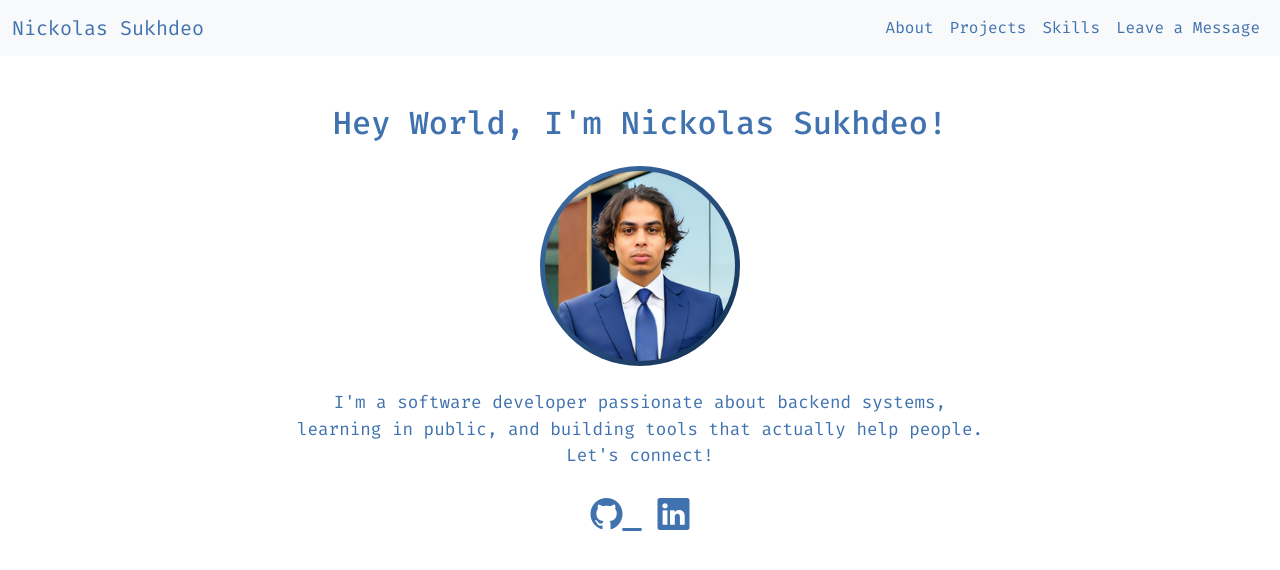
Repository: nlsukhde/porfolio
Page: index.html
An editor plug-in stored every save of this project. The page is shown before and after the next save, followed by the edit.
The browser window is 1280 px wide. The pictures show the whole page.

Above is the page before, as saved 2025-06-19 18:03:06.

### index.html
<!DOCTYPE html>
<html lang="en">
<head>
    <meta charset="UTF-8">
    <meta name="viewport" content="width=device-width, initial-scale=1.0">

    <!-- Google Fonts -->
    <link rel="preconnect" href="https://fonts.googleapis.com">
    <link rel="preconnect" href="https://fonts.gstatic.com" crossorigin>
    <link href="https://fonts.googleapis.com/css2?family=Fira+Code:wght@300..700&family=Raleway:ital,wght@0,100..900;1,100..900&family=Roboto+Condensed:ital,wght@0,100..900;1,100..900&display=swap" rel="stylesheet">

    <!-- Your CSS (must come after fonts) -->
    <link rel="stylesheet" href="app.css">

    <!-- Bootstrap CSS -->
    <link href="https://cdn.jsdelivr.net/npm/bootstrap@5.3.7/dist/css/bootstrap.min.css" rel="stylesheet" integrity="sha384-LN+7fdVzj6u52u30Kp6M/trliBMCMKTyK833zpbD+pXdCLuTusPj697FH4R/5mcr" crossorigin="anonymous">
    <link href="https://cdn.jsdelivr.net/npm/bootstrap-icons@1.10.5/font/bootstrap-icons.css" rel="stylesheet">

    <title>Nickolas Sukhdeo Portfolio</title>
</head>

<body>
    <script src="https://cdn.jsdelivr.net/npm/bootstrap@5.3.7/dist/js/bootstrap.bundle.min.js" integrity="sha384-ndDqU0Gzau9qJ1lfW4pNLlhNTkCfHzAVBReH9diLvGRem5+R9g2FzA8ZGN954O5Q" crossorigin="anonymous"></script>

    <nav class="navbar navbar-expand-lg bg-body-tertiary">
  <div class="container-fluid">
    <a class="navbar-brand" href="#">Nickolas Sukhdeo</a>
    <button class="navbar-toggler" type="button" data-bs-toggle="collapse" data-bs-target="#navbarNav" aria-controls="navbarNav" aria-expanded="false" aria-label="Toggle navigation">
      <span class="navbar-toggler-icon"></span>
    </button>
    <div class="collapse navbar-collapse" id="navbarNav">
      <ul class="navbar-nav ms-auto">
        <li class="nav-item">
          <a class="nav-link active" aria-current="page" href="#">About</a>
        </li>
        <li class="nav-item">
          <a class="nav-link" href="#">Projects</a>
        </li>
        <li class="nav-item">
          <a class="nav-link" href="#">Skills</a>
        </li>
        <li class="nav-item">
          <a class="nav-link" >Leave a Message</a>
        </li>
      </ul>
    </div>
  </div>
</nav>

<section id="about-section" class="text-center container py-5">
  <h2>Hey World, I'm Nickolas Sukhdeo!</h2>

  <div class="headshot-wrapper mx-auto my-4">
    <img src="headshot.png" alt="headshot" class="headshot-img">
  </div>

  <div class="bio px-3">
    <p>
      I'm a software developer passionate about backend systems, learning in public, and building tools that actually help people. Let's connect!
    </p>
  </div>

  <div class="social-links mt-3">
    <a href="https://github.com/YOUR_USERNAME" target="_blank" class="social-icon me-3">
      <i class="bi bi-github"></i>
    </a>
    <a href="https://linkedin.com/in/YOUR_USERNAME" target="_blank" class="social-icon">
      <i class="bi bi-linkedin"></i>
    </a>
  </div>
</section>

</body>
</html>

### app.css
:root {
  --color-bg: #F9F7F7;
  --color-accent: #DBE2EF;
  --color-text: #3F72AF;
  --color-bg-secondary: #112D4E;
}


body{
  background-color: var(--color-bg);
  color: var(--color-text)!important;
  font-family: "Fira Code", monospace !important;
}

.bi {
  font-family: "bootstrap-icons" !important;
  font-style: normal;
  font-weight: normal;
}

.navbar, .navbar-brand, .nav-link {
  font-family: "Fira Code", monospace !important;
  color: var(--color-text) !important;
}

.navbar-expand-lg bg-body-tertiary {
  background-color: var(--color-bg-secondary) !important;
}

/* Gradient circular headshot */
.headshot-wrapper {
  width: 200px;
  height: 200px;
  border-radius: 50%;
  background: linear-gradient(135deg, #3F72AF, #112D4E);
  padding: 5px;
  overflow: hidden;
  transition: transform 0.3s ease;
}

.headshot-wrapper:hover {
  transform: scale(1.05);
}

.headshot-img {
  width: 100%;
  height: 100%;
  object-fit: cover;
  border-radius: 50%;
  transition: transform 0.3s ease;
}

.headshot-img:hover {
  transform: scale(1.1);
}

/* Bio text */
.bio p {
  max-width: 700px;
  margin: 0 auto;
  font-size: 1.1rem;
  color: var(--color-text);
}

/* Social icon styles */
.social-links {
  font-size: 2rem;
}

.social-icon {
  color: var(--color-text);
  transition: color 0.3s ease;
}

.social-icon:hover {
  color: var(--color-accent);
}

After the next save:
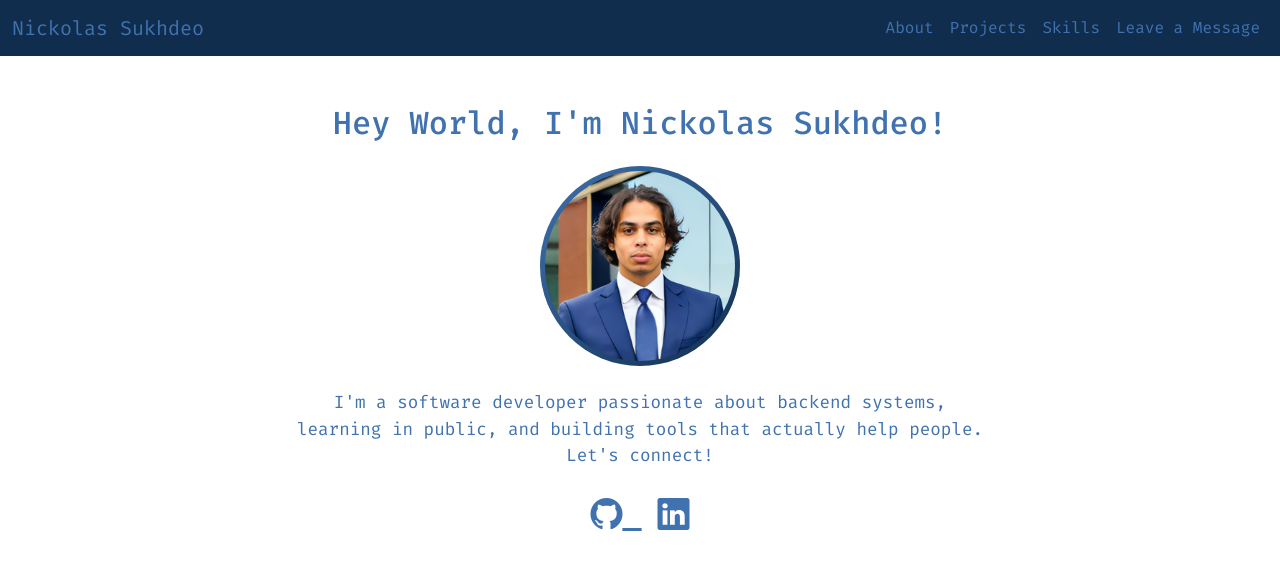
Saved 41 s later.
--- a/app.css
+++ b/app.css
@@ -23,9 +23,10 @@
   color: var(--color-text) !important;
 }
 
-.navbar-expand-lg bg-body-tertiary {
+.navbar.bg-body-tertiary {
   background-color: var(--color-bg-secondary) !important;
 }
+
 
 /* Gradient circular headshot */
 .headshot-wrapper {
